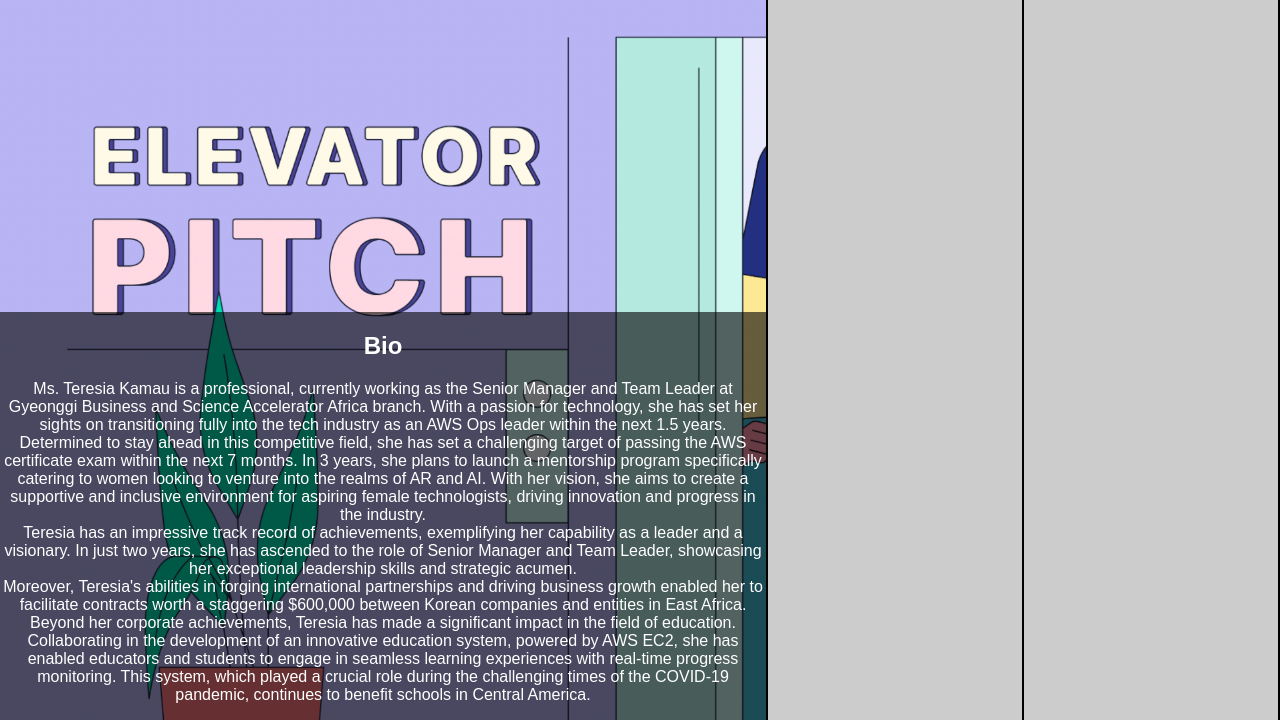
Repository: tessa5/developerPortfolio
Page: public/bio.html
The author's editor kept a copy of each file at every save. The page is drawn from the files as they stood at one save, then again after a run of saves.
The browser window is 1280 px wide. The pictures show the whole page.

Above is the page before, as saved 2023-08-08 15:14:38.

After the next 3 saves:
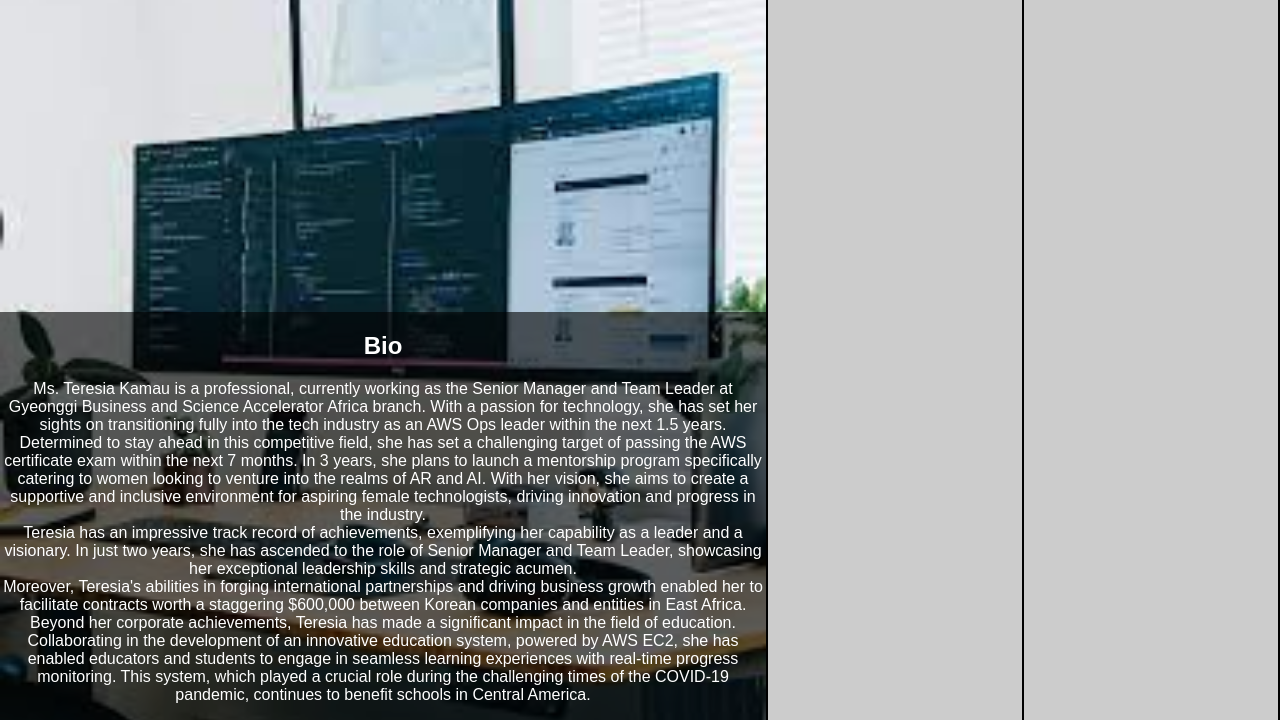
The 3 saves are shown as one change because they came seconds apart.
The last was saved 20 s later.
--- a/public/assets/styles/bio.css
+++ b/public/assets/styles/bio.css
@@ -27,7 +27,7 @@ ul li {
 }
 
 ul li:nth-child(1){
-    background-image: url(../../assets/images/elevatorP.png);
+    background-image: url(../../assets/images/bio.jfif);
     background-size:cover;
     background-position:left;
 }
